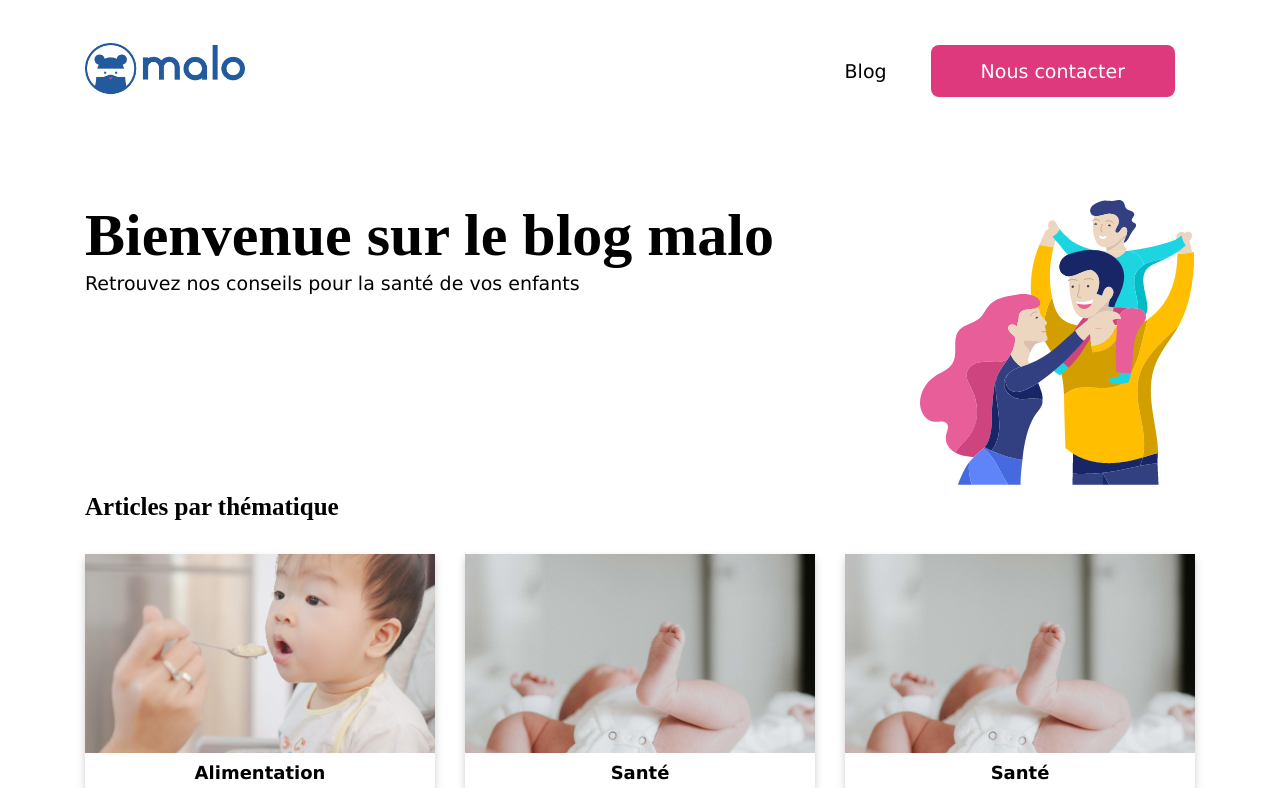
Repository: carbone-dev/keli-malo
Page: blog.html
An editor plug-in stored every save of this project. The page is shown before and after the next save, followed by the edit.
The browser window is 1280 px wide. The pictures show the whole page.

Above is the page before, as saved 2020-12-09 14:19:02.

After the next save:
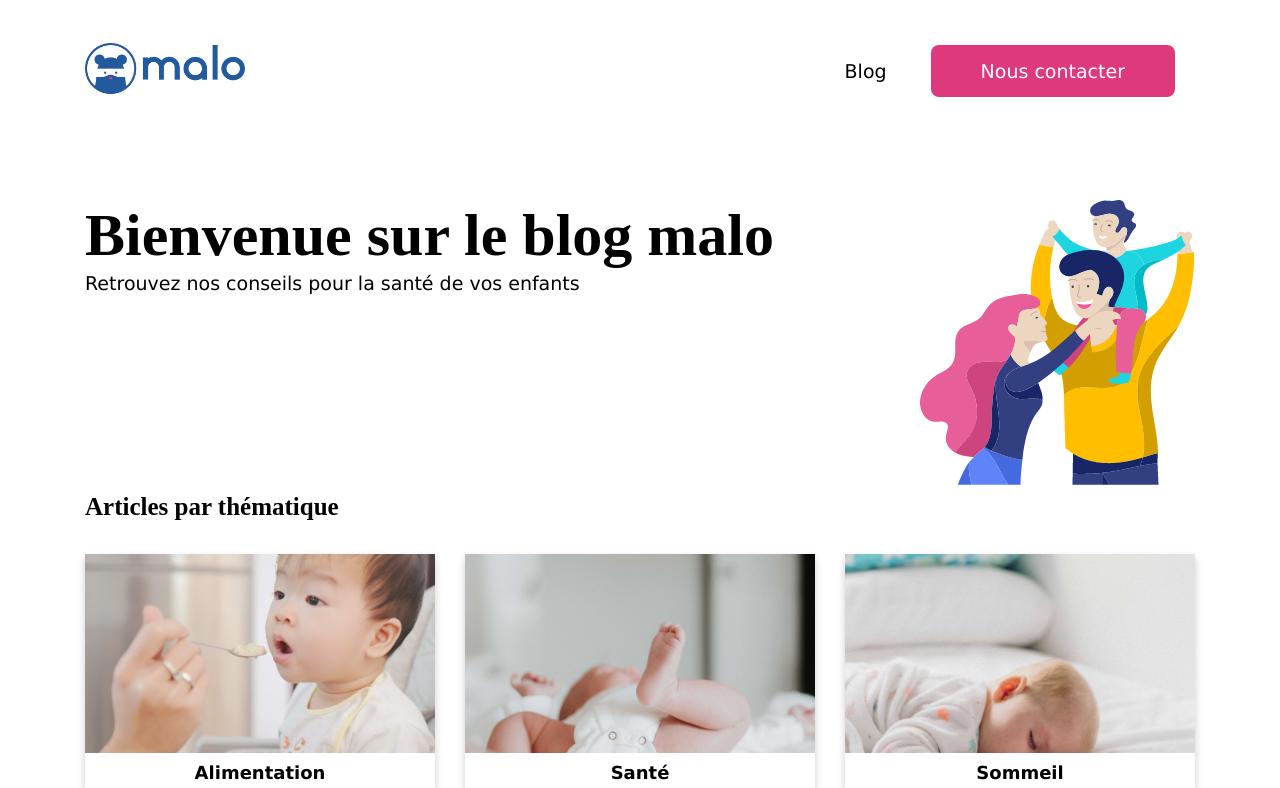
Saved 8 s later.
--- a/blog.html
+++ b/blog.html
@@ -90,9 +90,9 @@
                 </div>
                 <div class="col-md-4">
                     <div class="card">
-                        <img src="img/blog-theme-2.jpg" alt="Avatar" style="width:100%">
+                        <img src="img/blog-theme-3.jpg" alt="Avatar" style="width:100%">
                         <div class="card-content">
-                            <p class="card-title">Santé</p>
+                            <p class="card-title">Sommeil</p>
                         </div>
                     </div>
                 </div>
